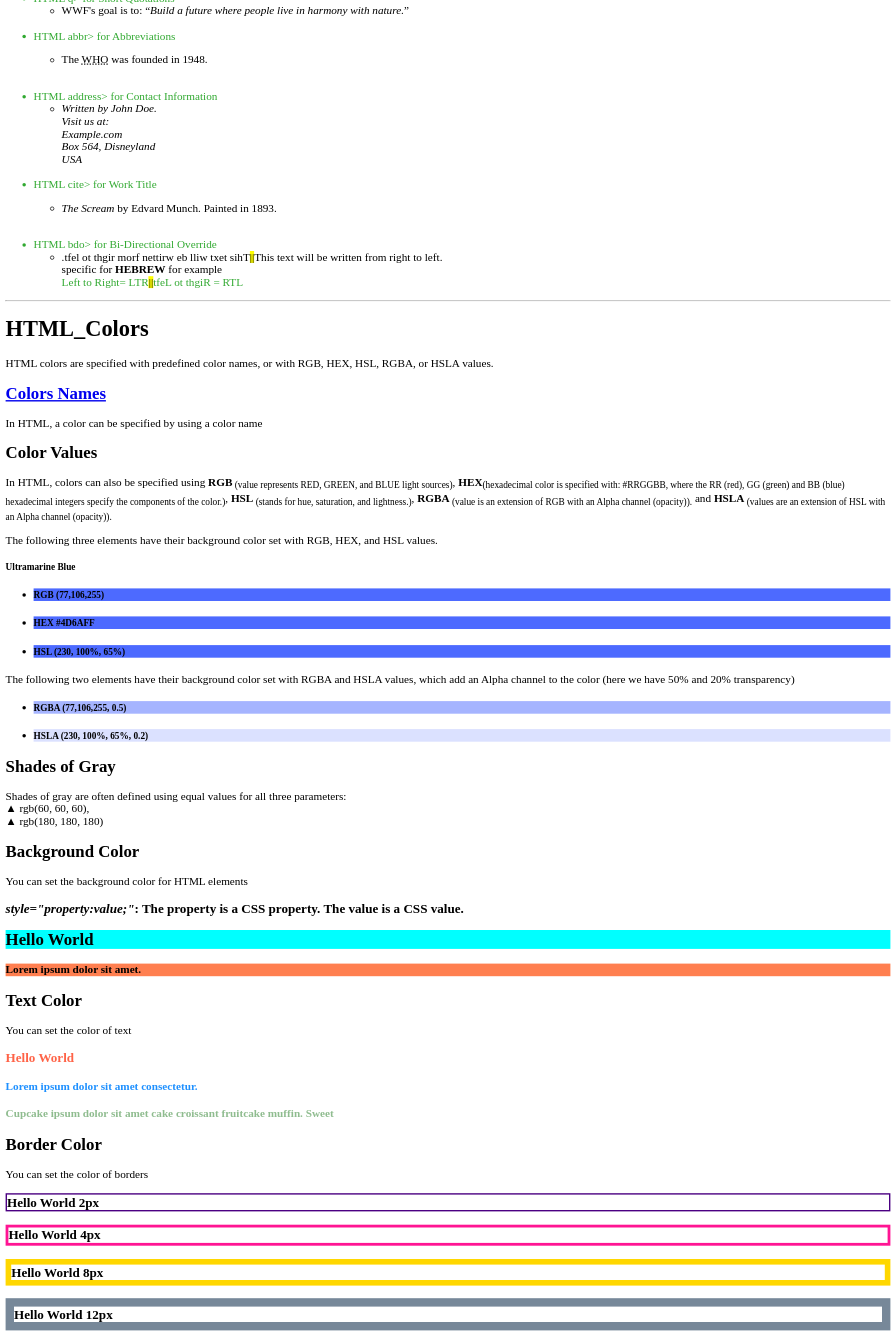
Repository: AnnaSpirit/2025_
Page: Bases/OK/HTML_Text_Formatting.html
An editor plug-in stored every save of this project. The page is shown before and after a run of saves, followed by the edit.
The browser window is 1280 px wide. The pictures show the part of the page from y = 1001 to 2921 px (the page is 2921 px tall before and 2913 px after), at 70% of full size.

Above is the page before, as saved 2025-01-09 15:35:56.

After the next 2 saves:
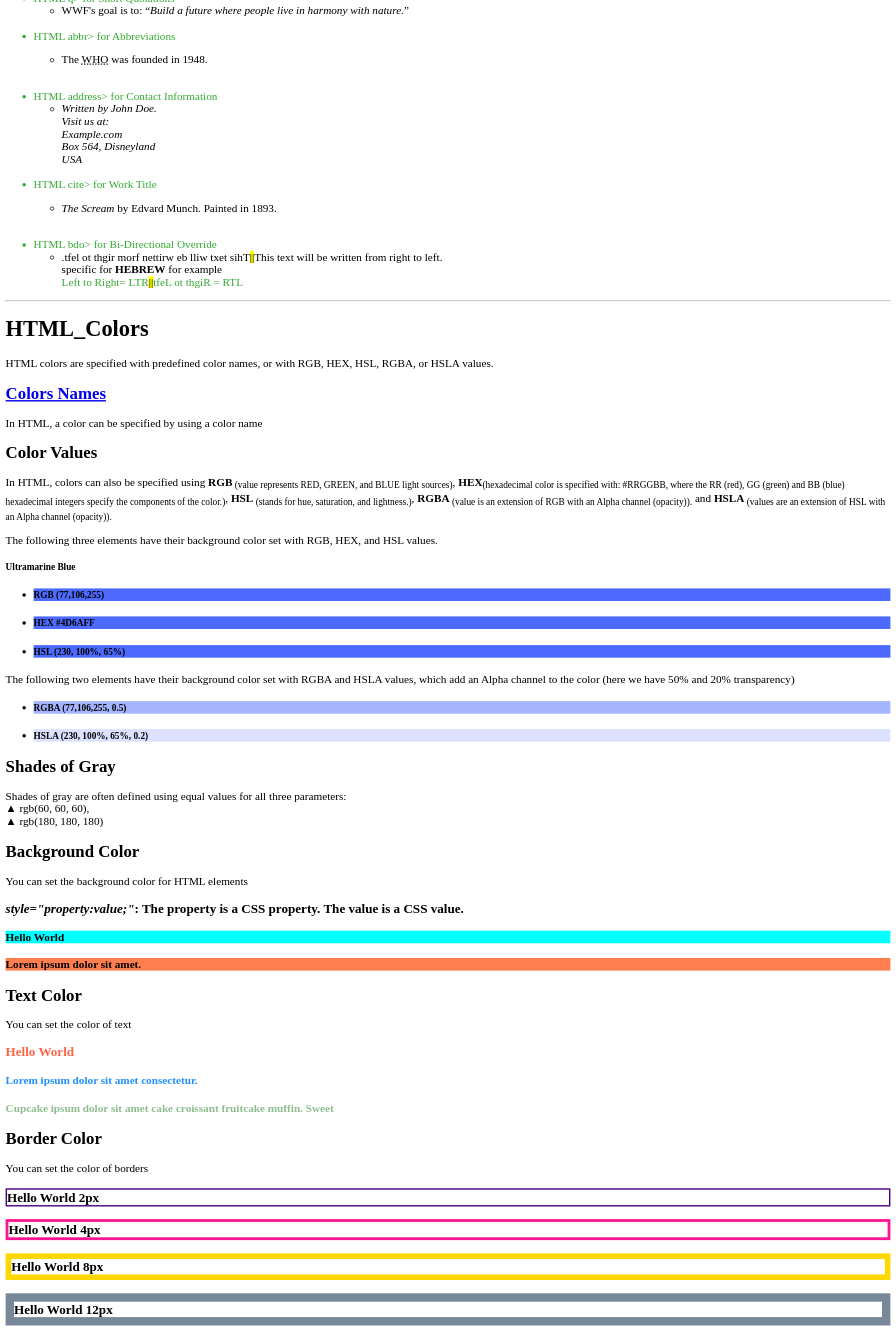
The 2 saves are shown as one change because they came seconds apart.
The last was saved 5 s later.
--- a/Bases/OK/HTML_Text_Formatting.html
+++ b/Bases/OK/HTML_Text_Formatting.html
@@ -181,7 +181,7 @@
 
     <p>You can set the background color for HTML elements <br>
     <h3><em>style="property:value;"</em>: The property is a CSS property. The value is a CSS value.</h3>
-    <h2 style="background-color:cyan;">Hello World</h2>
+    <h4 style="background-color:cyan;">Hello World</h4>
     <h4 style="background-color:Coral;">Lorem ipsum dolor sit amet.</h4>
     </p>
 
